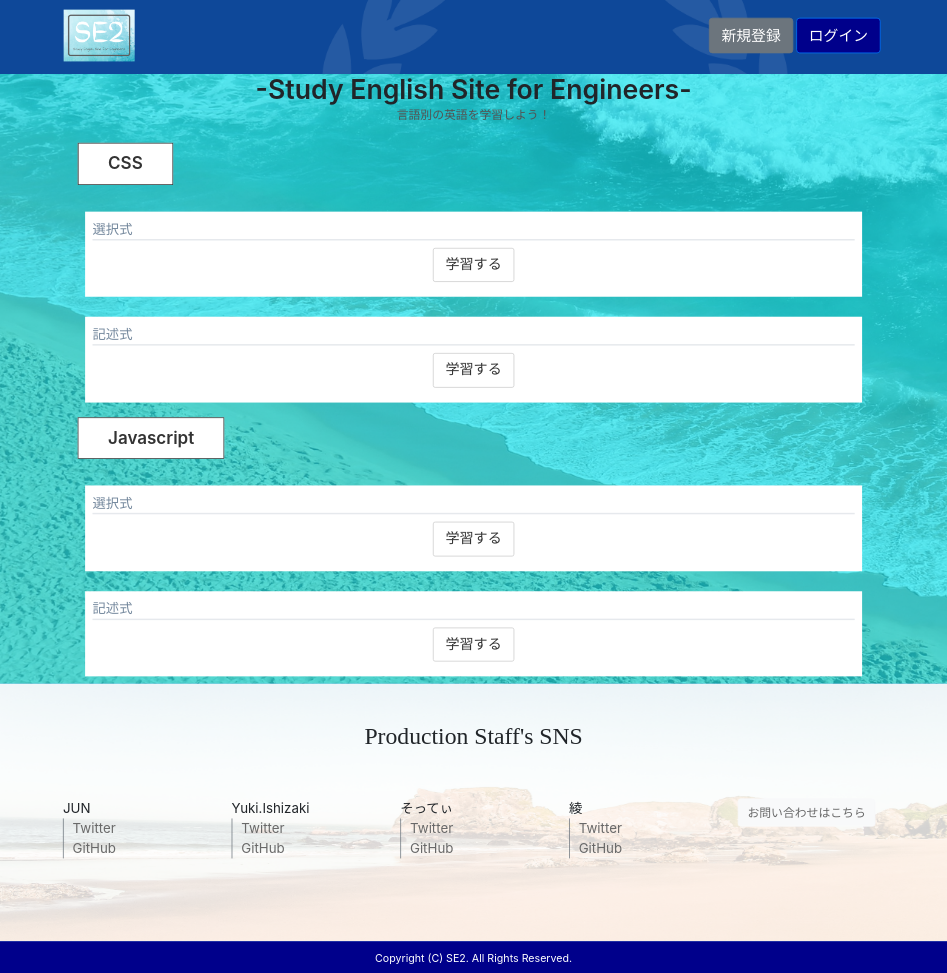
Repository: JUN-work/SES--Joint--Development
Page: index.html
The author's editor kept a copy of each file at every save. The page is drawn from the files as they stood at one save, then again after the next save.
The browser window is 1280 px wide. The pictures show the whole page, at 74% of full size.
Some web fonts or font styles are not loaded; a fallback is used. Some web libraries are served in a nearby version.

Above is the page before, as saved 2020-09-28 10:10:01.

After the next save:
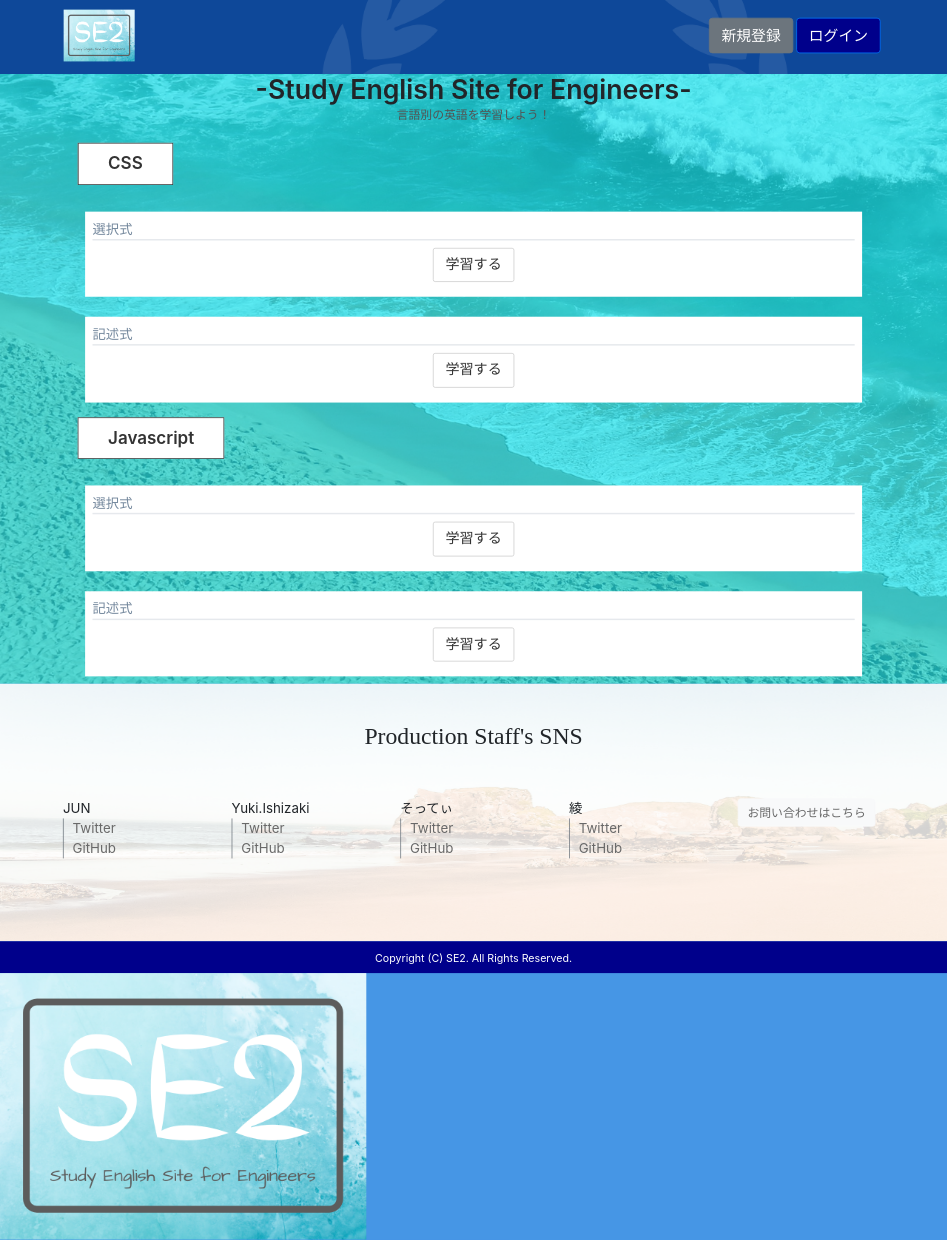
Saved 4 min 46 s later.
--- a/index.html
+++ b/index.html
@@ -167,6 +167,13 @@
         <small>Copyright (C) SE2. All Rights Reserved.</small>
       </p>
     </div>
+
+    <div class="loader">
+      <div class="loader-inner">
+        <img src="/img/SE2.png" alt="">
+      </div>
+    </div>
+
     <!----------------------------------------------->
     <!-- javascript はここから -->
     <script
